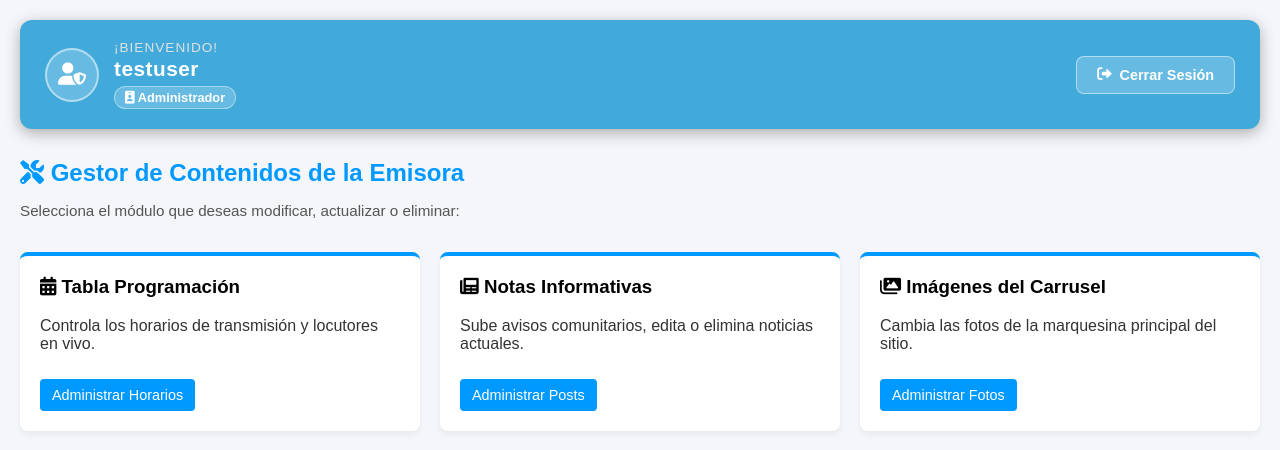
Repository: dalila777-xu/radiopakal1040am
Page: http://localhost/admin.php
The author's editor kept a copy of each file at every save. The page is drawn from the files as they stood at one save, then again after the next save.
The browser window is 1280 px wide. The pictures show the whole page.
The page is run by PHP 8.4 with error messages shown; the project is at /var/www/html/. The session is filled in as if someone had signed in: {"usuario": "testuser", "nombre": "testuser"}. Other server files are loaded and not shown.

Above is the page before, as saved 2026-07-07 18:15:02.

### admin.php
<?php
session_start();
// Si no hay sesión iniciada, regresarlo al index
if (!isset($_SESSION['usuario'])) {
    header("Location: index.php");
    exit();
}
include("db.php");

// Manejar cierre de sesión desde este mismo archivo (logout)
if (isset($_GET['logout'])) {
    // Destruir toda la sesión y redirigir al index
    $_SESSION = array();
    if (ini_get("session.use_cookies")) {
        $params = session_get_cookie_params();
        setcookie(session_name(), '', time() - 42000,
            $params["path"], $params["domain"],
            $params["secure"], $params["httponly"]
        );
    }
    session_destroy();
    header('Location: index.php');
    exit();
}
?>
<!DOCTYPE html>
<html lang="es">
<head>
    <meta charset="UTF-8">
    <title>Panel de Administración | Radio Pakal</title>
    <link rel="stylesheet" href="https://cdnjs.cloudflare.com/ajax/libs/font-awesome/6.0.0-beta3/css/all.min.css">
    <style>
        body { font-family: sans-serif; background: #f4f6f9; margin: 0; padding: 20px; color: #333; }

        /* ========================================
           BARRA DE BIENVENIDA MODERNA Y ESTÉTICA
        ======================================== */
        .nav-admin {
            background: #41aadb;
            color: white;
            padding: 20px 25px;
            border-radius: 12px;
            display: flex;
            justify-content: space-between;
            align-items: center;
            margin-bottom: 30px;
            box-shadow: 0 4px 15px rgba(0, 0, 0, 0.3);
        }
        .user-info {
            display: flex;
            align-items: center;
            gap: 15px;
        }
        .avatar-icon {
            background: rgba(255, 255, 255, 0.2);
            width: 50px;
            height: 50px;
            border-radius: 50px;
            display: flex;
            justify-content: center;
            align-items: center;
            font-size: 1.4rem;
            color: white;
            border: 2px solid rgba(255, 255, 255, 0.5);
        }
        .welcome-text {
            font-size: 0.85rem;
            text-transform: uppercase;
            letter-spacing: 1px;
            color: #e0e0e0;
            display: block;
            margin-bottom: 2px;
        }
        .user-name {
            margin: 0;
            font-size: 1.3rem;
            font-weight: 600;
            letter-spacing: 0.5px;
        }
        .user-role {
            display: inline-block;
            background: rgba(255, 255, 255, 0.2);
            padding: 3px 10px;
            border-radius: 20px;
            font-size: 0.8rem;
            margin-top: 5px;
            color: white;
            font-weight: bold;
            border: 1px solid rgba(255, 255, 255, 0.4);
        }
        .btn-logout {
            color: white;
            text-decoration: none;
            font-weight: bold;
            background: rgba(255, 255, 255, 0.2);
            padding: 10px 20px;
            border-radius: 8px;
            font-size: 0.9rem;
            transition: all 0.3s ease;
            border: 1px solid rgba(255,255,255,0.5);
            display: flex;
            align-items: center;
            gap: 8px;
        }
        .btn-logout:hover {
            background: rgba(255, 255, 255, 0.3);
            color: white;
            box-shadow: 0 4px 10px rgba(0,0,0,0.2);
            transform: translateY(-2px);
        }

        /* ========================================
           ESTILOS DE MÓDULOS Y CONTENIDO
        ======================================== */
        .grid-modulos { display: grid; grid-template-columns: repeat(auto-fit, minmax(250px, 1fr)); gap: 20px; }
        .card-modulo { background: white; padding: 20px; border-radius: 8px; box-shadow: 0 4px 6px rgba(0,0,0,0.05); border-top: 4px solid #0099FF; }
        .card-modulo h3 { margin-top: 0; color: #000000; }
        .btn-action { display: inline-block; background: #0099FF; color: white; padding: 8px 12px; text-decoration: none; border-radius: 4px; font-size: 0.9rem; margin-top: 10px; transition: all 0.3s ease; }
        .btn-action:hover { background: #0077CC; box-shadow: 0 4px 8px rgba(0, 153, 255, 0.3); }
    </style>
</head>
<body>

    <div class="nav-admin">
        <div class="user-info">
            <div class="avatar-icon">
                <i class="fas fa-user-shield"></i>
            </div>
            <div>
                <span class="welcome-text">¡Bienvenido!</span>
                <h3 class="user-name">
                    <?php echo htmlspecialchars($_SESSION['nombre'] ?? 'Usuario'); ?>
                </h3>
                <span class="user-role">
                    <i class="fas fa-id-badge"></i> <?php echo htmlspecialchars($_SESSION['rol'] ?? 'Administrador'); ?>
                </span>
            </div>
        </div>
        <a href="?logout=1" class="btn-logout">
            <i class="fas fa-sign-out-alt"></i> Cerrar Sesión
        </a>
    </div>

    <h2 style="color: #0099FF; margin-bottom: 10px;"><i class="fas fa-tools"></i> Gestor de Contenidos de la Emisora</h2>
    <p style="color: #555; font-size: 0.95rem;">Selecciona el módulo que deseas modificar, actualizar o eliminar:</p>
    <br>

    <div class="grid-modulos">
        <div class="card-modulo">
            <h3><i class="fas fa-calendar-alt"></i> Tabla Programación</h3>
            <p>Controla los horarios de transmisión y locutores en vivo.</p>
            <a href="admin_programacion.php" class="btn-action">Administrar Horarios</a>
        </div>

        <div class="card-modulo">
            <h3><i class="fas fa-newspaper"></i> Notas Informativas</h3>
            <p>Sube avisos comunitarios, edita o elimina noticias actuales.</p>
            <a href="admin_publicaciones.php" class="btn-action">Administrar Posts</a>
        </div>

        <div class="card-modulo">
            <h3><i class="fas fa-images"></i> Imágenes del Carrusel</h3>
            <p>Cambia las fotos de la marquesina principal del sitio.</p>
            <!-- Enlazado al archivo admin_carrusel.php según solicitud -->
            <a href="admin_carrusel.php" class="btn-action">Administrar Fotos</a>
        </div>
    </div>

</body>
</html>

### db.php
<?php
$servername = "localhost";
$username = "root";   // usuario por defecto en XAMPP
$password = "12345678";       // normalmente vacío
$database = "radio_pakal"; // tu base de datos

$conn = mysqli_connect($servername, $username, $password, $database);

if (!$conn) {
    die("Error de conexión: " . mysqli_connect_error());
}
?>

After the next save:
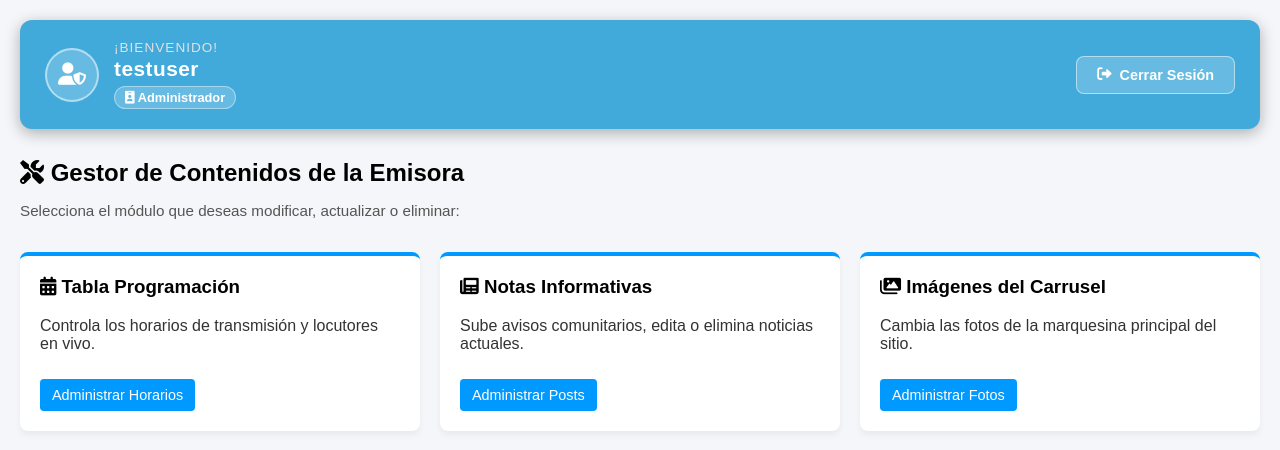
Saved 2 min 7 s later.
--- a/admin.php
+++ b/admin.php
@@ -141,7 +141,7 @@ if (isset($_GET['logout'])) {
         </a>
     </div>
 
-    <h2 style="color: #0099FF; margin-bottom: 10px;"><i class="fas fa-tools"></i> Gestor de Contenidos de la Emisora</h2>
+    <h2 style="color: #000000; margin-bottom: 10px;"><i class="fas fa-tools"></i> Gestor de Contenidos de la Emisora</h2>
     <p style="color: #555; font-size: 0.95rem;">Selecciona el módulo que deseas modificar, actualizar o eliminar:</p>
     <br>
 
